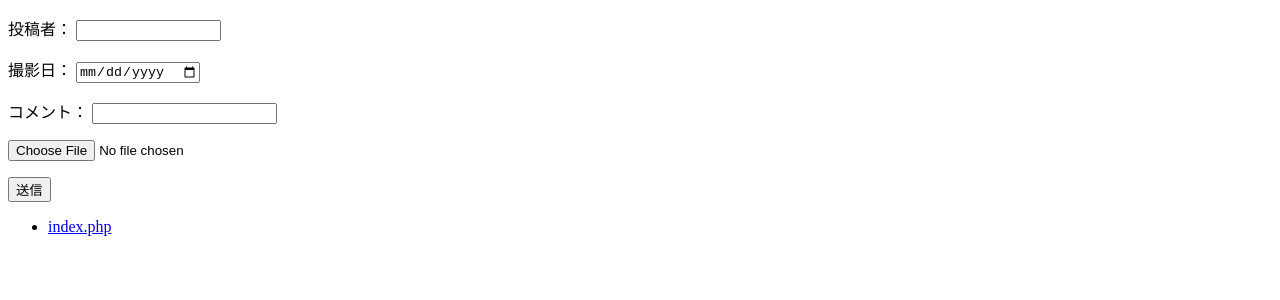
Repository: daidai0602/gs_kadai_questionnaire
Page: http://localhost/post.php
An editor plug-in stored every save of this project. The page is shown before and after a run of saves, followed by the edit.
The browser window is 1280 px wide. The pictures show the whole page.
The page is run by PHP 8.4 with error messages shown; the project is at /var/www/html/.

Above is the page before, as saved 2023-11-15 13:37:39.

### post.php
<!DOCTYPE html>
<html lang="ja">
<head>
  <meta charset="UTF-8">
  <title>Document</title>
</head>
<body>
  <form action="write.php" method="post">
    <p>投稿者： <input type="text" name="name" size="15"></p>
    <p>撮影日： <input type="date" name="date"></p>
    <p>コメント： <input type="text" name="comment" size="20" ></p>
    <p><input type="file" value="photo"></p>
    <p><input type="submit" value="送信"></p>
  </form>
  <ul>
    <li><a href="index.php">index.php</a></li>
  </ul>
</body>
</html>

After the next 2 saves:
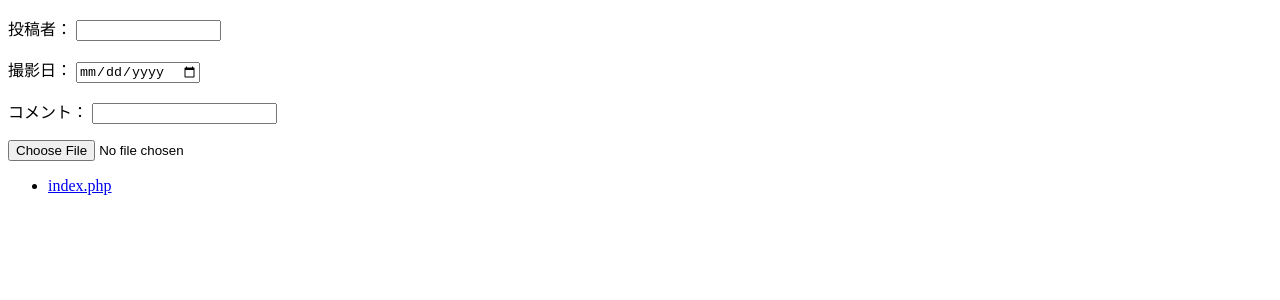
The 2 saves are shown as one change because they came seconds apart.
The last was saved 12 s later.
--- a/post.php
+++ b/post.php
@@ -9,7 +9,7 @@
     <p>投稿者： <input type="text" name="name" size="15"></p>
     <p>撮影日： <input type="date" name="date"></p>
     <p>コメント： <input type="text" name="comment" size="20" ></p>
-    <p><input type="file" value="photo"></p>
+    <p><input type="file" value="photo" name="></p>
     <p><input type="submit" value="送信"></p>
   </form>
   <ul>

After the save that followed:
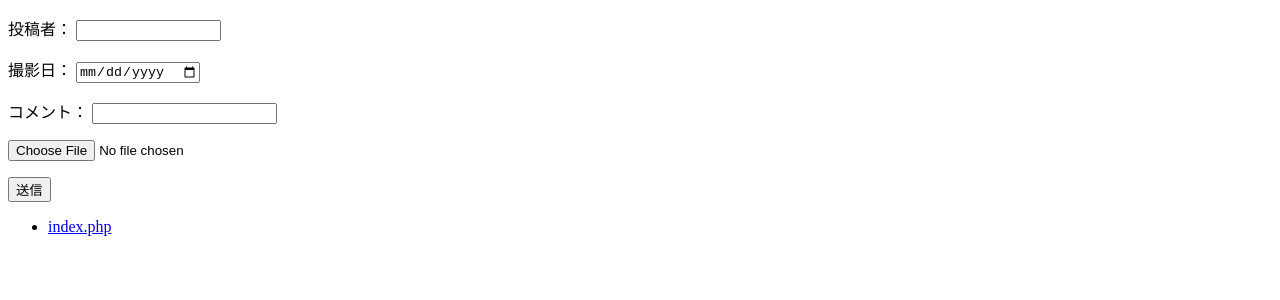
Saved 4 s later.
--- a/post.php
+++ b/post.php
@@ -9,7 +9,7 @@
     <p>投稿者： <input type="text" name="name" size="15"></p>
     <p>撮影日： <input type="date" name="date"></p>
     <p>コメント： <input type="text" name="comment" size="20" ></p>
-    <p><input type="file" value="photo" name="></p>
+    <p><input type="file" value="photo" name=""></p>
     <p><input type="submit" value="送信"></p>
   </form>
   <ul>
